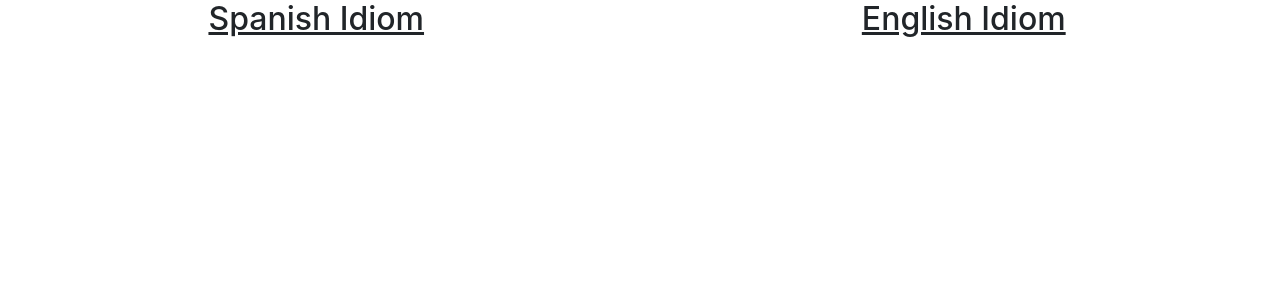
Repository: JK27/idioms-english-spanish
Page: http://localhost/
The author's editor kept a record of every edit. The page is drawn from the files as they stood at one moment, then again after the next edit.
The browser window is 1280 px wide. The pictures show the whole page.
Some web libraries are served in a nearby version. The page is served by the project's application, run on Flask 3 (idioms.py). Queries for data that is not in the repository find no rows.

Above is the page before.
Console error: TypeError: Cannot read properties of undefined (reading 'fn')

### templates/idioms.html
{% extends "base.html" %} {% block content %}

<div class="row">
    <div class="col-5">
        <h2>Spanish Idiom</h2>
    </div>
    <div class="col-2"></div>
    <div class="col-5">
        <h2>English Idiom</h2>
    </div>
</div>
{% for idiom in idioms %}

<div class="row">
    <div class="card col-5">
        <div class="card-body">
            <h5 class="card-title"><em>"{{idiom.spanish_idiom}}"</em></h5>
            <p class="card-text"> {{idiom.english_literal}}</p>
            <p class="card-text">{{idiom.english_meaning}}</p>
        </div>
    </div>
    <div class="card middle-column col-2">
        <h5 class="card-title"><em>Equivalent idiom</em></h5>
        <p class="card-text">Literal translation</p>
        <p class="card-text">Meaning</p>
        <a class="btn btn-primary btn-sm" href="{{url_for('edit_idiom', idiom_id=idiom._id)}}" role="button">Edit</a>
        <a class="btn btn-danger btn-sm" href="{{url_for('delete_idiom', idiom_id=idiom._id)}}" role="button">Delete</a>

    </div>

    <div class="card col-5">
        <div class="card-body">
            <h5 class="card-title"><em>"{{idiom.english_idiom}}"</em></h5>
            <p class="card-text">{{idiom.spanish_literal}}</p>
            <p class="card-text">{{idiom.spanish_meaning}}</p>
        </div>
    </div>

</div>

{% endfor %} {% endblock %}

### templates/base.html
<!DOCTYPE html>
<html lang="en">

<head>
    <meta charset="UTF-8">
    <meta name="viewport" content="width=device-width, initial-scale=1.0">
    <meta http-equiv="X-UA-Compatible" content="ie=edge">

    <link href="https://stackpath.bootstrapcdn.com/bootstrap/4.3.1/css/bootstrap.min.css" rel="stylesheet" integrity="sha384-ggOyR0iXCbMQv3Xipma34MD+dH/1fQ784/j6cY/iJTQUOhcWr7x9JvoRxT2MZw1T" crossorigin="anonymous">
    <link rel="stylesheet" href="{{url_for('static', filename='css/style.css')}}" type="text/css" />

    <script src="https://kit.fontawesome.com/5d6ba07855.js"></script>
    <script src="https://stackpath.bootstrapcdn.com/bootstrap/4.3.1/js/bootstrap.min.js" integrity="sha384-JjSmVgyd0p3pXB1rRibZUAYoIIy6OrQ6VrjIEaFf/nJGzIxFDsf4x0xIM+B07jRM" crossorigin="anonymous"></script>

    <title>Idioms English - Spanish</title>
</head>

<body>
    <div class="container">
        {% block content %} {% endblock %}
    </div>
</body>

</html>

### idioms.py
import os
from flask import Flask, render_template, redirect, request, url_for
from flask_pymongo import PyMongo
from bson.objectid import ObjectId

app = Flask(__name__)

app.config["MONGO_DBNAME"] = "idioms-and-proverbs"
app.config["MONGO_URI"] = "mongodb+srv://jk27:07diciembre18@cluster0-9pga0.mongodb.net/idioms-and-proverbs?retryWrites=true&w=majority"

mongo = PyMongo(app)

@app.route("/")
@app.route("/get_idioms")
def get_idioms():
    return render_template("idioms.html", idioms=mongo.db.idioms.find())

# ---------------------------------------------------------------------     Functions to add idioms -- #
@app.route("/add_idiom")
def add_idiom():
    return render_template("addidiom.html")

@app.route("/insert_idiom", methods=["POST"])                           #-- Data from form in addidiom.html is posted using this function...
def insert_idiom():
    idioms = mongo.db.idioms                                            #-- ... data is inserted to the idioms database...
    idioms.insert_one(request.form.to_dict())                           #-- ... inserting one item to the dictionary...
    return redirect(url_for("get_idioms"))                              #-- ... and then redirecting to /get_idioms

# ---------------------------------------------------------------------     Functions to edit idioms -- #
@app.route("/edit_idiom/ <idiom_id>")
def edit_idiom(idiom_id):                                               #-- Use idiom_id to target the idiom that want to edit
    the_idiom = mongo.db.idioms.find_one({"_id":ObjectId(idiom_id)})    #-- Retrieve the idiom from the idioms database, using its id to find it...
    return render_template("editidiom.html", idiom=the_idiom)           #-- ... and then redirecting to /editidiom.html

@app.route("/update_idiom/<idiom_id>", methods=["POST"])                #-- Data from form in editidiom.html is posted using this function...
def update_idiom(idiom_id):
    idioms = mongo.db.idioms                                            #-- ... data is updated in the idioms database...
    idioms.update({"_id":ObjectId(idiom_id)},                           #-- ... updating the item with a specific id...
    {
        "spanish_idiom": request.form.get("spanish_idiom"),             #-- ... each field for that item will be updated taking the input from...
        "english_literal": request.form.get("english_literal"),         #-- ... the corresponding field on the form
        "english_meaning": request.form.get("english_meaning"),
        "english_idiom": request.form.get("english_idiom"),
        "spanish_literal": request.form.get("spanish_literal"),
        "spanish_meaning": request.form.get("spanish_meaning")
    })
    return redirect(url_for("get_idioms"))

# -------------------------------------------------------------------- Function to delete idioms -- #
@app.route("/delete_idiom/<idiom_id>")
def delete_idiom(idiom_id):
    mongo.db.idioms.remove({"_id": ObjectId(idiom_id)})
    return redirect(url_for("get_idioms"))

if __name__ == "__main__":
    app.run(host=os.environ.get("IP"),
            port=int(os.environ.get("PORT")),
            debug=True)

### static/css/style.css
h2 {
    text-align: center;
    text-decoration: underline;
}

.row {
    margin-right: 0px;
    margin-left: 0px;
}

.middle-column {
    border: 0;
    padding-top: 20px;
    text-align: center;
}

.card {
    margin-bottom: 15px;
}

After the next edit:
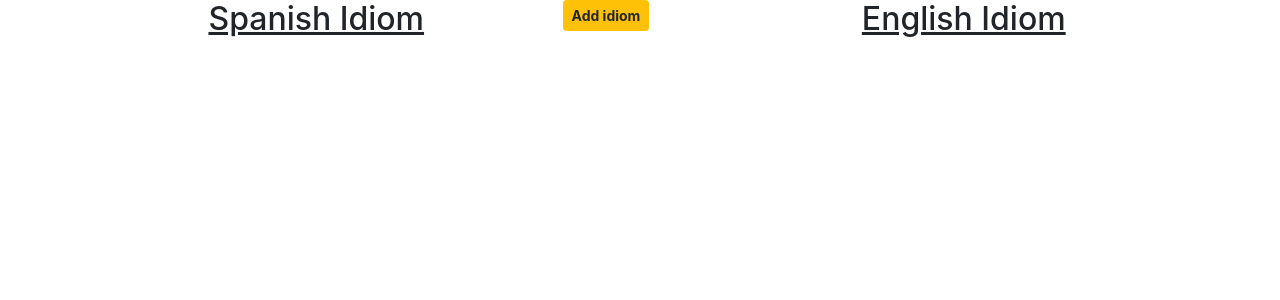
The edit:
--- a/templates/idioms.html
+++ b/templates/idioms.html
@@ -4,7 +4,9 @@
     <div class="col-5">
         <h2>Spanish Idiom</h2>
     </div>
-    <div class="col-2"></div>
+    <div class="col-2">
+        <a class="btn btn-warning btn-sm" href="{{url_for('add_idiom')}}" role="button"><strong>Add idiom</strong></a>
+    </div>
     <div class="col-5">
         <h2>English Idiom</h2>
     </div>
